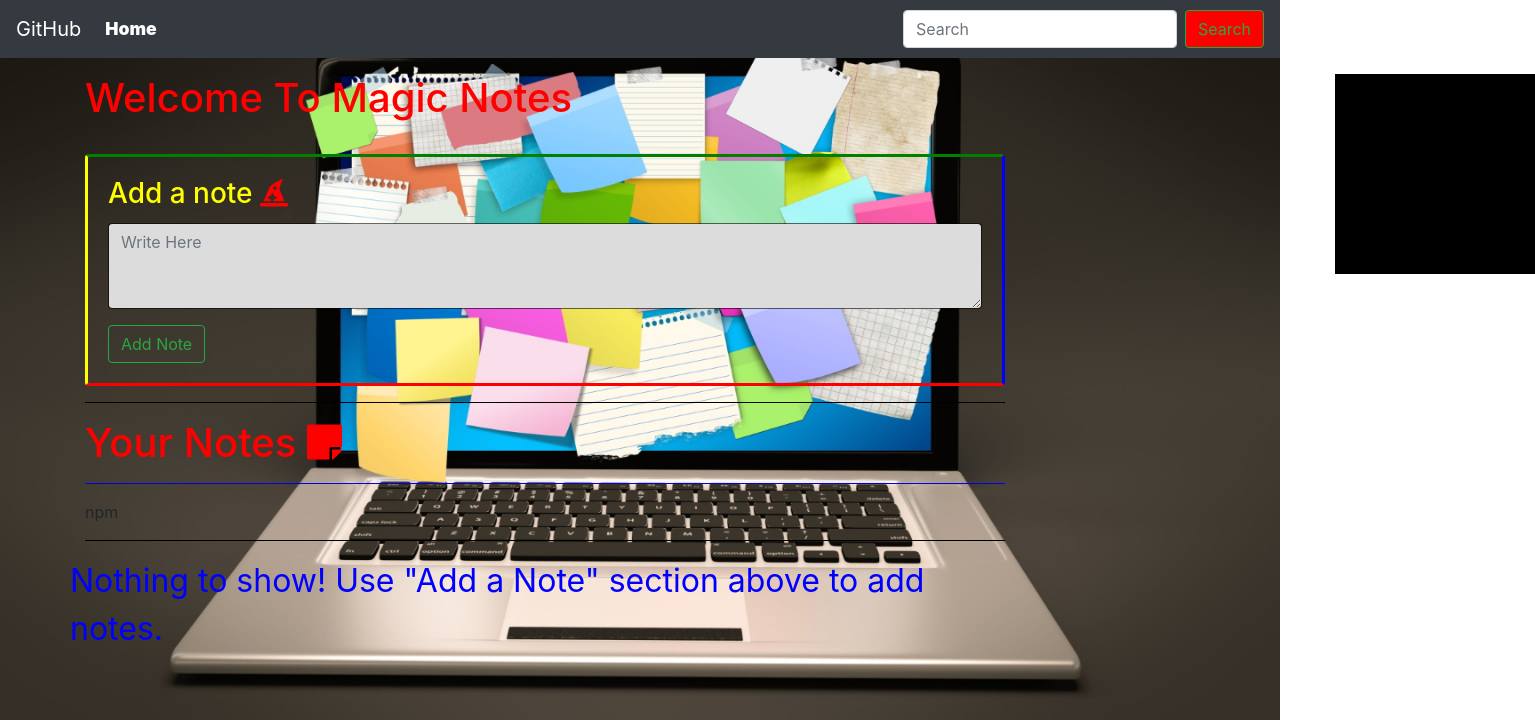
Repository: Prrajainn/Project-MagiCNotes
Page: magicNotes.html
These files come from the project's save history. The page is drawn as it stood at one moment and after the next save; the edit follows.
The browser window is 1280 px wide. The page is 1535 px wide, then 1280 px, so the pictures cover 1535 px, including what lies to the right of the window. The pictures show the whole page.

Above is the page before, as saved 2020-08-11 21:17:29.

### magicNotes.html
<!doctype html>
<html lang="en">

<head>

  <!-- Required meta tags -->
  <meta charset="utf-8">
  <meta name="viewport" content="width=device-width, initial-scale=1, shrink-to-fit=no">

  <!-- Bootstrap CSS -->
  <link rel="stylesheet" href="bootstrap/css/bootstrap.min.css">
  <link rel="stylesheet" href="fontawesome-free-5.13.0-web/css/all.css">
  <link rel="stylesheet" href="CSS/style.css">

  <title> MagiCNotes </title>
  <style>

    body {
      background-image: url("notes2.jpg");

      background-repeat: no-repeat;
      background-size: cover;

    }
  </style>
</head>

<body>

  <nav class="sticky-top navbar navbar-expand-lg navbar-dark bg-dark">
    <a class="navbar-brand" href="https://github.com/Prrajainn">GitHub</a>
    <button class="navbar-toggler" type="button" data-toggle="collapse" data-target="#navbarSupportedContent"
      aria-controls="navbarSupportedContent" aria-expanded="false" aria-label="Toggle navigation">
      <span class="navbar-toggler-icon"></span>
    </button>

    <div class="collapse navbar-collapse" id="navbarSupportedContent">
      <ul class="navbar-nav mr-auto">
        <li class="nav-item active">
          <a class="nav-link" href="magicNotes.html">Home <span class="sr-only">(current)</span></a>
        </li>

      </ul>
      <form class="form-inline my-2 my-lg-0">
        <input class="form-control mr-sm-2" id="searchTxt" type="search" placeholder="Search" aria-label="Search">
        <button style="background-color: red;" class="btn btn-outline-success my-2 my-sm-0"
          type="submit">Search</button>
      </form>
    </div>
  </nav>
  <div class="container my-3">
    <div class="row">
      <div class="col-10">
        <h1 style="color: red">Welcome To Magic Notes</h1>
        <br>
        <div style="border: solid ; background-color: transparent ; border-color:green blue red yellow " class="card">
          <div class="card-body">
            <h3 style="color:yellow;" class="card-title">Add a note <i style="color: red ;"
                class="fas fa-hat-wizard"></i></h3>
            <div class="form-group">

              <textarea placeholder="Write Here"
                style=" border-color: rgba(0, 0, 0, 0.589); background-color: gainsboro; " class="form-control"
                id="addTxt" rows="3"></textarea>
            </div>
            <button class="btn btn-outline-success" id="addBtn">Add Note </button>
          </div>
        </div>
        <hr color="black">
        <h1 style="color: red;">Your Notes <i style="color: red;" class="fas fa-sticky-note"></i></h1>
        <hr color="blue">npm
        <hr color="black">
        <div id="notes" class="row container-fluid"></div>
      </div>
      <div class="col-2">
        <canvas id="canvas" width="200" height="200" style="background-color: black; margin-left: 300px;"
    >
      </div>
    </div>
  </div>

    <div class="container" style="position: relative;">
      <div class="row">
        <div class="col-7">
        </div>

      </div>
    </div>




    <script src="bootstrap/js/jquery-3.4.1.slim.min.js"></script>
    <script src="bootstrap/js/popper.min.js"></script>
    <script src="bootstrap/js/bootstrap.min.js"></script>
    <script src="app.js"></script>

</body>

</html>

### CSS/style.css
#topheader{
    background-color : blue;
    border-bottom: px solid black;
}
#nocolo{
    color: black;
}
.container-fluid{
    padding-left: 0%;
    padding-right: 0%;
}
nav ul li a{

    font-size: 1.1rem;
    font-weight: 1000 ;
}
/*START OF FOOTER*/
.full-footer{
    background-color:#1e3799;
    width: 100%;
}
.top-footer p{
    color: white;
}
.top-footer a{
 font-weight: 600;
    color: whitesmoke;
}
.top-footer h3{
    color: white;
}
.bottom-footer{
    background-color:teal;
}
.bottom-footer p{
    color: white;
}
/* End of footer*/
.myimage{
    width: 50%;
}
.top-hero{
    background-color: salmon;
}
.sea{
  animation-fill-mode: both;
}

### app.js

console.log("Welcome to notes app. This is app.js");
// Pehle hi show notes islie kiya taaki hamesha pehle dikhaye refresh hone ke baad bhi page
showNotes();

// If user adds a note, add it to the localStorage
let addBtn = document.getElementById("addBtn");
addBtn.addEventListener("click", function(e) {

  let addTxt = document.getElementById("addTxt");
  let notes = localStorage.getItem("notes");
  if (notes == null) {
    notesObj = [];
  } else {
    notesObj = JSON.parse(notes);
  }
  notesObj.push(addTxt.value);
  localStorage.setItem("notes", JSON.stringify(notesObj));
  addTxt.value = "";
//   console.log(notesObj);
  showNotes();
});

// Function to show elements from localStorage
function showNotes() {
  let notes = localStorage.getItem("notes");
  if (notes == null) {
    notesObj = [];
  } else {
    notesObj = JSON.parse(notes);
  }
  let html = "";
  notesObj.forEach(function(element, index) { // element maane andar ka content
    html += `
            <div class="noteCard my-2 mx-2 card" style="width: 18rem;">
                    <div class="card-body">
                        <h5 class="card-title">Note ${index + 1}</h5>
                        <p class="card-text"> ${element}</p>
                        <button id="${index}"onclick="deleteNote(this.id)" class="btn btn-primary">Delete Note</button>
                    </div>
                </div>`;
  });
  let notesElm = document.getElementById("notes");
  if (notesObj.length != 0) {
    notesElm.innerHTML = html;
  } else {//notesElm.setAttribute('style','color: blue' );
  notesElm.setAttribute('style','font-size: 200% ; color: blue' );
    notesElm.innerHTML = `  Nothing to show! Use "Add a Note" section above to add notes.`;
  }
}

// Function to delete a note
function deleteNote(index) {
//   console.log("I am deleting", index);

  let notes = localStorage.getItem("notes");
  if (notes == null) {
    notesObj = [];
  } else {
    notesObj = JSON.parse(notes);
  }

  notesObj.splice(index, 1);
  localStorage.setItem("notes", JSON.stringify(notesObj)); // update kar rhe hein
  showNotes();// firse show kar rhe hein
}


let search = document.getElementById('searchTxt');
search.addEventListener("input", function(){

    let inputVal = search.value.toLowerCase();
    // console.log('Input event fired!', inputVal);
    let noteCards = document.getElementsByClassName('noteCard');
    Array.from(noteCards).forEach(function(element){
        let cardTxt = element.getElementsByTagName("p")[0].innerText;
        if(cardTxt.includes(inputVal)){
            element.style.display = "block";
        }
        else{
            element.style.display = "none";
        }
        // console.log(cardTxt);
    })
})

/*
Further Features:
1. Add Title
2. Mark a note as Important
3. Separate notes by user
4. Sync and host to web server
*/

Loaded but not shown: bootstrap/css/bootstrap.min.css (library); fontawesome-free-5.13.0-web/css/all.css (library); bootstrap/js/jquery-3.4.1.slim.min.js (library); bootstrap/js/popper.min.js (library); bootstrap/js/bootstrap.min.js (library)

After the next save:
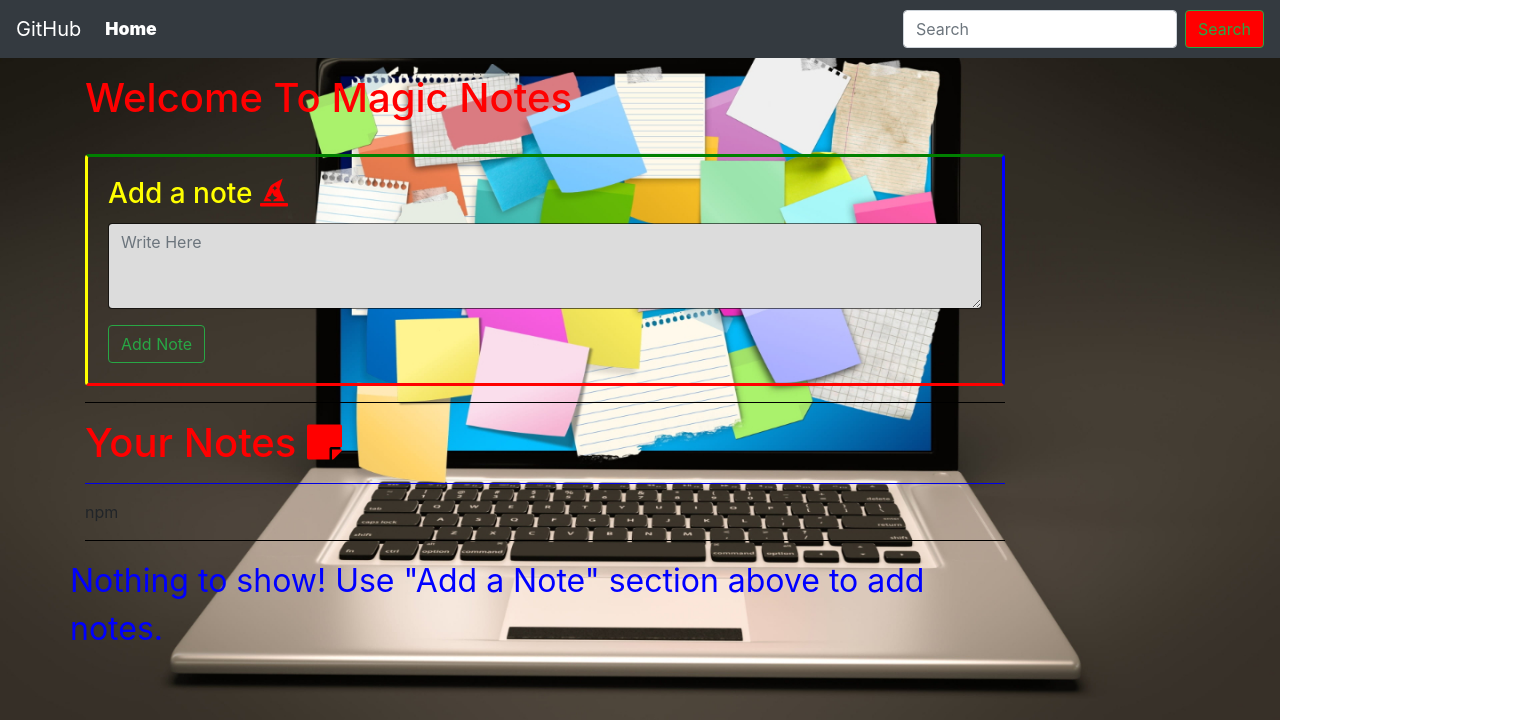
Saved 19 s later.
--- a/magicNotes.html
+++ b/magicNotes.html
@@ -72,10 +72,7 @@
         <hr color="black">
         <div id="notes" class="row container-fluid"></div>
       </div>
-      <div class="col-2">
-        <canvas id="canvas" width="200" height="200" style="background-color: black; margin-left: 300px;"
-    >
-      </div>
+
     </div>
   </div>
 
